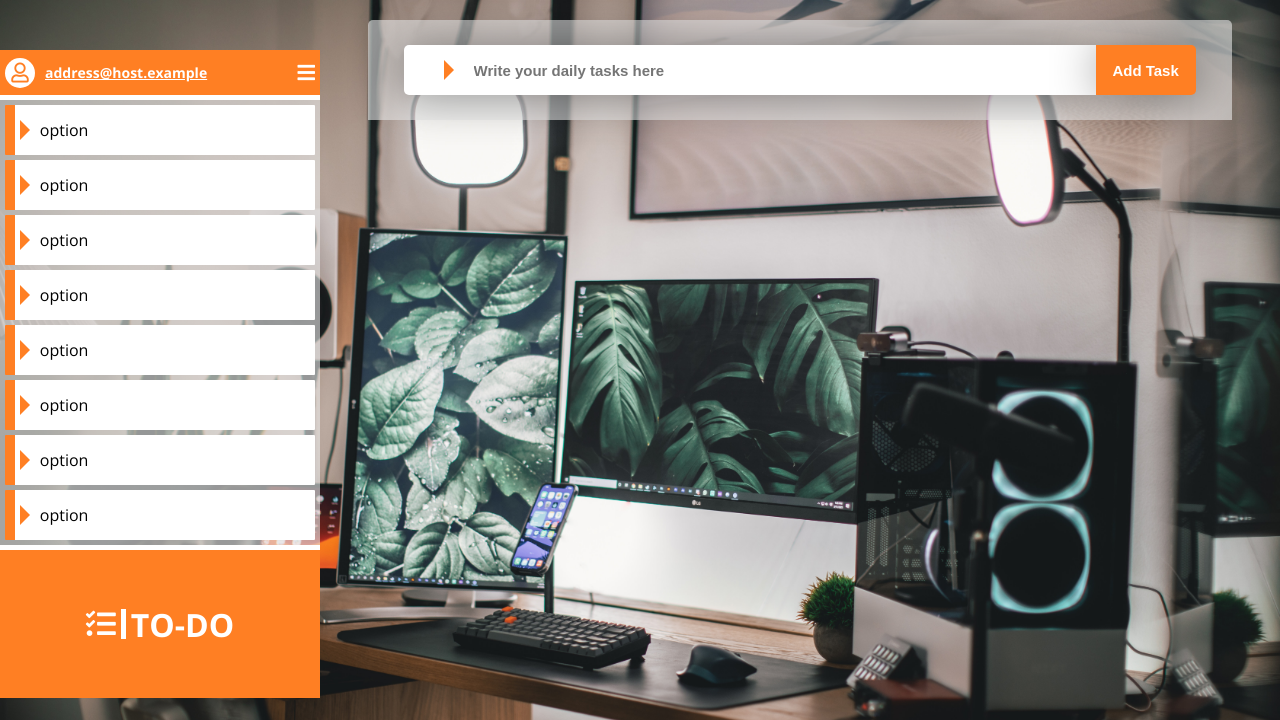
Repository: OmarEssameldinMousa/To-do-list-level01
Page: index.html
An editor plug-in stored every save of this project. The page is shown before and after the next save, followed by the edit.
The browser window is 1280 px wide. The pictures show the whole page.

Above is the page before, as saved 2023-08-09 23:52:59.

After the next save:
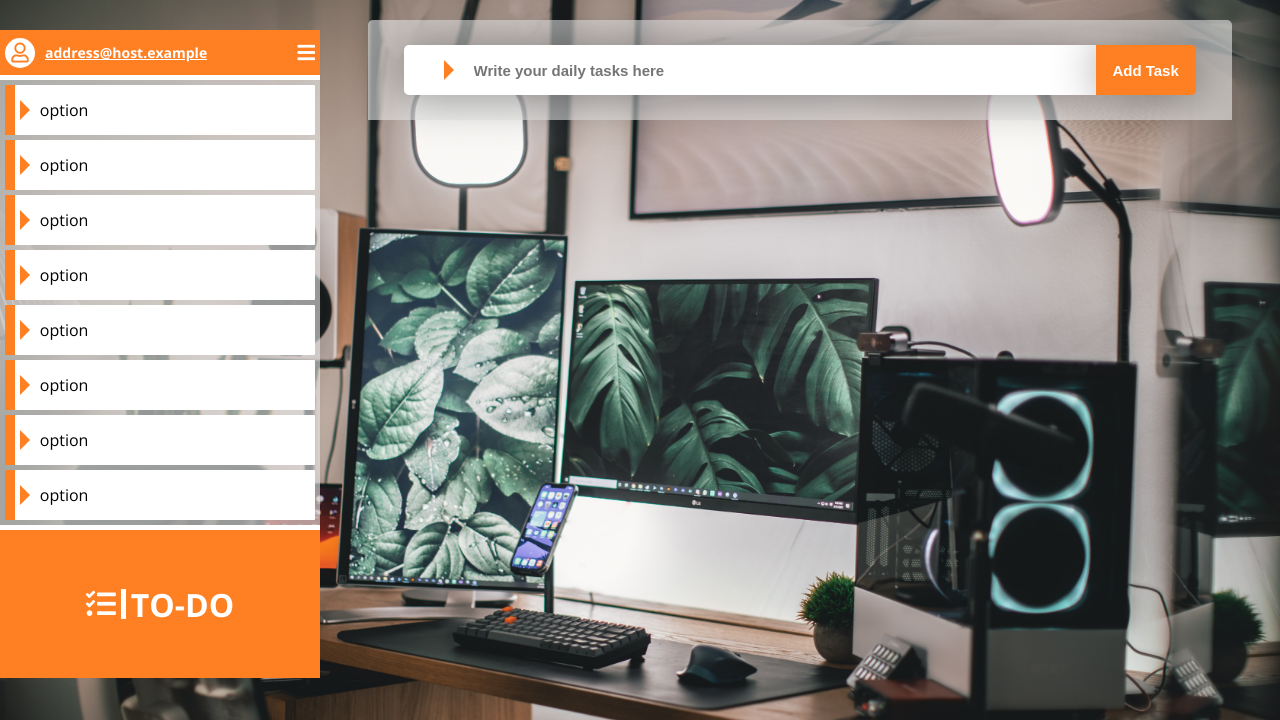
Saved 4 s later.
--- a/main.css
+++ b/main.css
@@ -37,7 +37,7 @@ ul {
     width: 25%;
     height: 100%;
     position: relative;
-    margin-top: 50px;
+    margin-top: 30px;
 }
 
 .nav .navigation {
